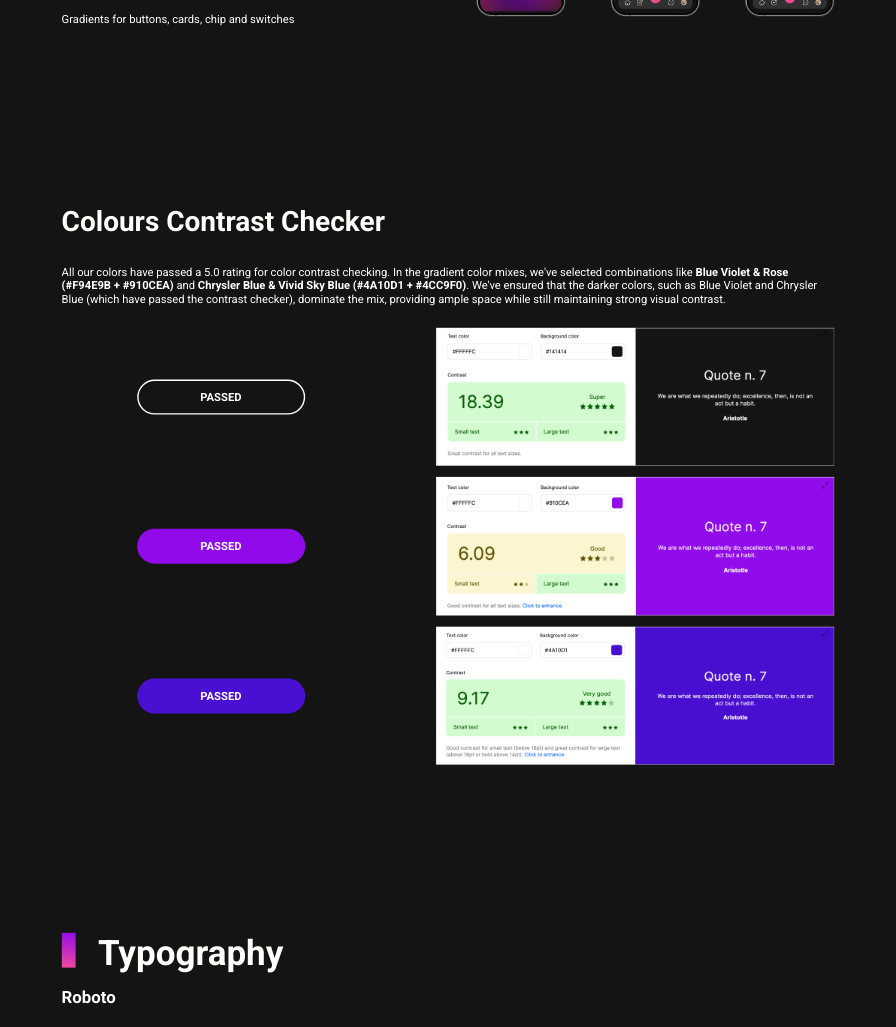
Repository: MonicaNguyenH/artflow_frontend_vanJS
Page: index.html
These files come from the project's save history. The page is drawn as it stood at one moment and after the next save; the edit follows.
The browser window is 1280 px wide. The pictures show the part of the page from y = 2955 to 4875 px (the page is 4422 px tall before and 4875 px after), at 70% of full size.
Some web fonts or font styles are not loaded; a fallback is used.

Above is the page before, as saved 2024-04-05 16:03:52.

After the next save:
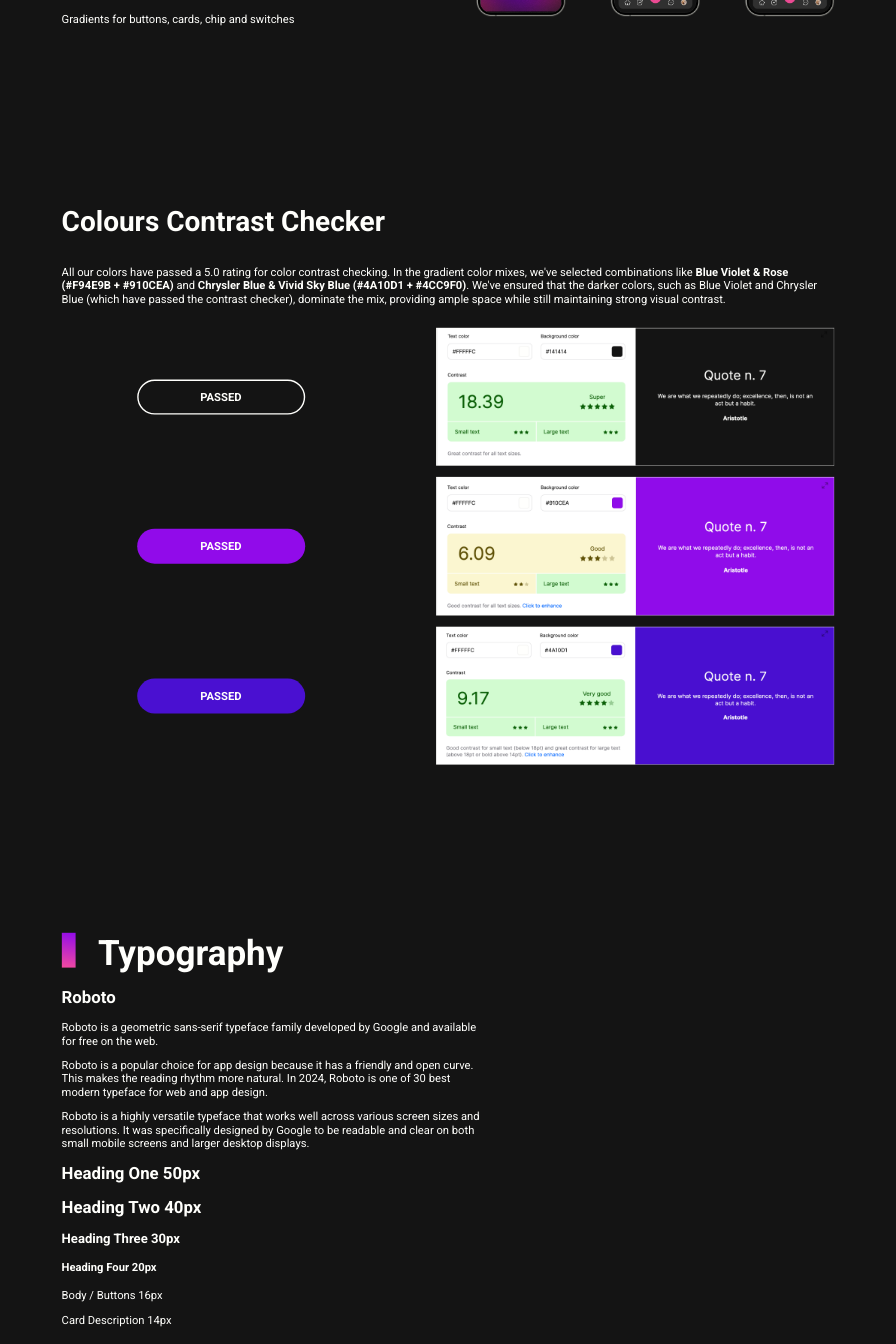
Saved 3 min 12 s later.
--- a/index.html
+++ b/index.html
@@ -213,6 +213,17 @@
             <div class="row l-col-2-2">
                 <div class="col">
                     <h1>Roboto</h1>
+                    <p>Roboto is a geometric sans-serif typeface family developed by Google and available for free on the web.</p>
+                    <p>Roboto is a popular choice for app design because it has a friendly and open curve. This makes the reading rhythm more natural. In 2024, Roboto is one of 30 best modern typeface for web and app design.</p>
+                    <p>Roboto is a highly versatile typeface that works well across various screen sizes and resolutions. It was specifically designed by Google to  be readable and clear on both small mobile screens and larger desktop displays.</p>
+                    <div>
+                        <h1>Heading One 50px</h1>
+                        <h2>Heading Two 40px</h2>
+                        <h3>Heading Three 30px</h3>
+                        <h4>Heading Four 20px</h4>
+                        <p>Body / Buttons 16px</p>
+                        <p>Card Description 14px</p>
+                    </div>
                 </div>
                 <div class="col">
 
